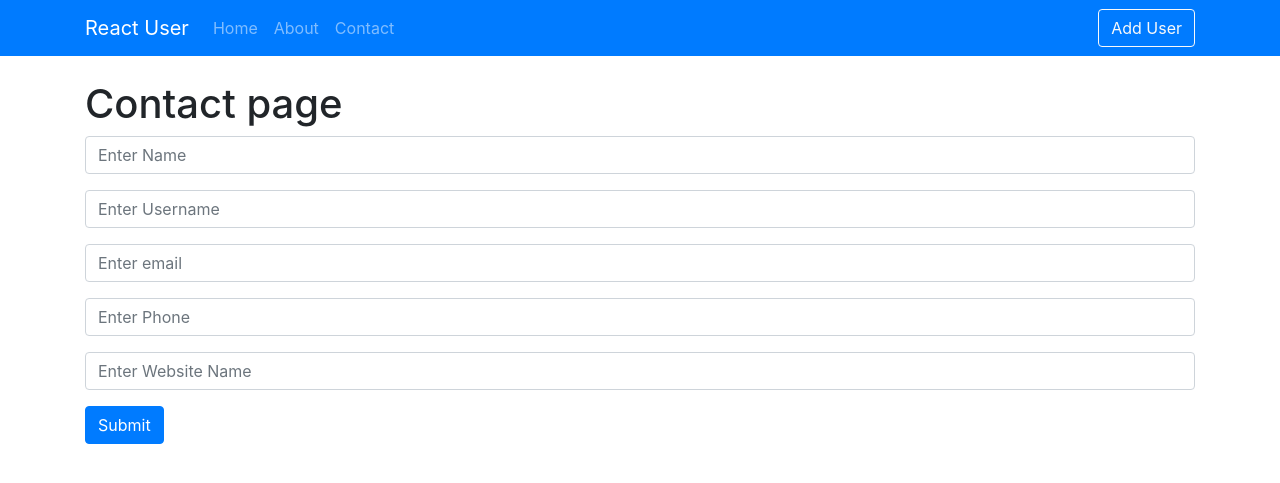
Repository: hardik2626/reactcrud2020
Page: /users/add
These files come from the project's save history. The page is drawn as it stood at one moment and after the next save; the edit follows.
The browser window is 1280 px wide. The pictures show the whole page.
The project was rebuilt for these pictures with package versions that can differ from the ones it lists, and the page was loaded fresh each time. Also part of the build but not shown: src/index.css, src/App.css, src/component/pages/Home.js, src/component/pages/About.js, src/component/pages/Contact.js, src/component/pages/Notfound.js.

Above is the page before, as saved 2020-10-29 10:10:57.

After the next save:
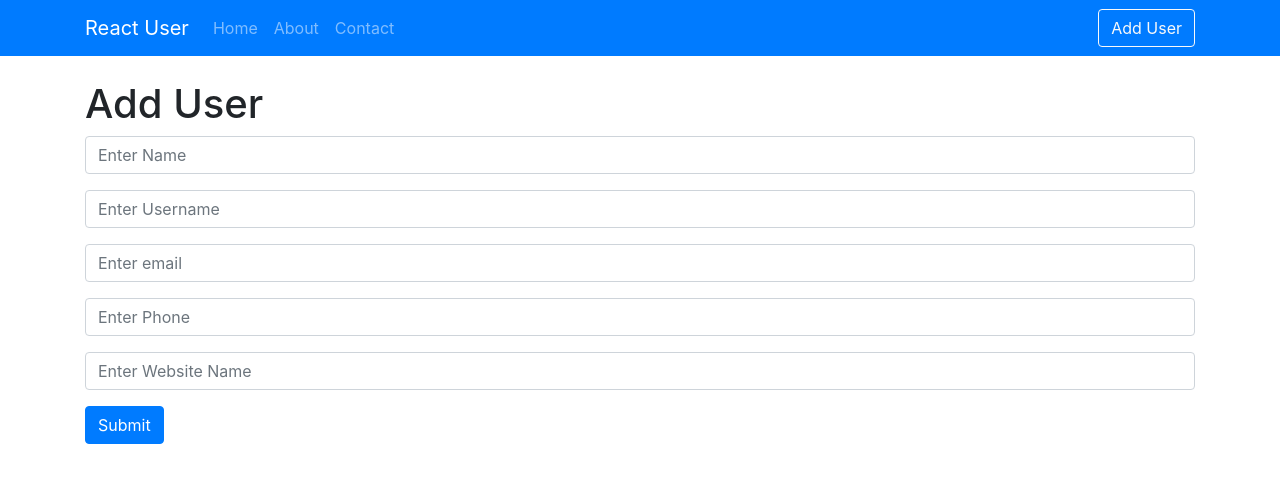
Saved 11 s later.
--- a/src/component/users/AddUser.js
+++ b/src/component/users/AddUser.js
@@ -4,7 +4,7 @@ const AddUser = () => {
     return (
         <div className="container">
                 <div className="py-4">
-                    <h1>Contact page</h1>
+                    <h1>Add User</h1>
                     <form>
                         <div class="form-group">
                             <input type="text" class="form-control" placeholder="Enter Name" />
